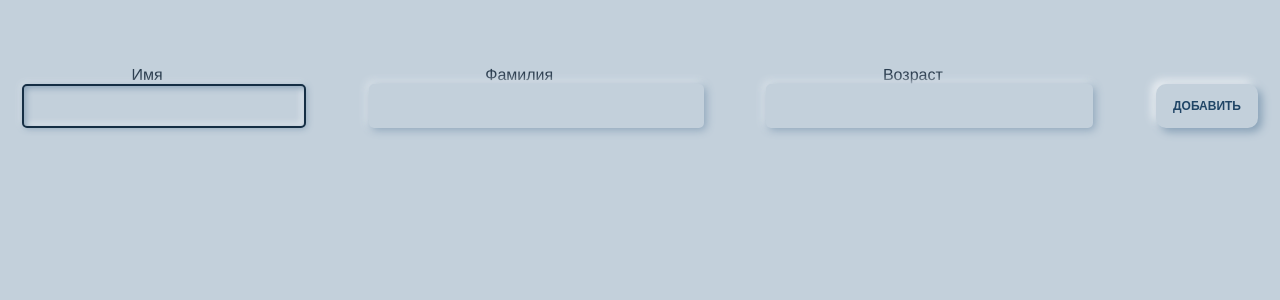
Repository: shum89/test-vue-table
Page: /
These files come from the project's save history. The page is drawn as it stood at one moment and after the next save; the edit follows.
The browser window is 1280 px wide. The pictures show the whole page.
The first visible `.form__input` has the focus.
The project was rebuilt for these pictures with package versions that can differ from the ones it lists, and the page was loaded fresh each time. Also part of the build but not shown: vue.config.js.

Above is the page before, as saved 2021-07-18 16:31:01.

### src/App.vue
<template>
  <Form @submit="addData" />
  <Table @remove="removeData" :list="list" />
</template>
<script>
import { uuid } from 'vue-uuid';
import { ref } from 'vue';
import Form from './components/Form.vue';
import Table from './components/Table.vue';

export default {
  components: { Form, Table },
  setup() {
    const list = ref([]);

    const normalizeString = (str) => {
      const result = str.charAt(0).toUpperCase() + str.slice(1).toLowerCase();
      return result;
    };

    const addData = (person) => {
      list.value.push({
        firstName: normalizeString(person.firstName),
        lastName: normalizeString(person.lastName),
        age: person.age,
        id: uuid.v1(),
      });
    };

    const removeData = (id) => {
      list.value = list.value.filter((i) => i.id !== id);
    };

    return {
      list,
      addData,
      removeData,
    };
  },
};
</script>
<script></script>

<style>
body {
  --base: #090e10;
  --base1: #ebeff3;
  --base2: #c3d0db;
  --base3: #88a1b7;
  --baseDark1: #396387;
  --baseDark2: #204566;
  --baseDark3: #152e44;
  --base-shadow: inset 0px 0px 0px var(--base3), inset 0px 0px 0px var(--base1),
    4px 4px 9px var(--base3), -4px -4px 9px var(--base1);
  --base-shadow-active: inset 4px 4px 9px var(--base3), inset -4px -4px 6px var(--base1),
    2px 2px 9px var(--base3), -2px -2px 9px var(--base1);
  --input-shadow: 2px 2px 9px var(--base3), -2px -2px 9px var(--base1);
  --input-shadow-active: inset 2px 2px 6px var(--base3), inset -2px -2px 6px var(--base1),
    1px 1px 6px var(--base3), -1px -1px 6px var(--base1);
  --shadow-transition: all 0.25s cubic-bezier(0.17, 0.67, 0.83, 0.67);
  background: var(--base2);
}
fieldset {
  border: none;
}
#app {
  font-family: Avenir, Helvetica, Arial, sans-serif;
  -webkit-font-smoothing: antialiased;
  -moz-osx-font-smoothing: grayscale;
  text-align: center;
  color: #2c3e50;
  margin-top: 60px;
  box-sizing: border-box;
}
.table__row-group {
  display: flex;
  align-items: center;
  flex-direction: column;
}
.table__row {
  display: grid;
  gap: 5px;
  grid-template-columns: repeat(3, 1fr);
  justify-content: center;
  max-width: 500px;
  width: 100%;
}
</style>

### src/components/Form.vue
<template>
  <form class="form" @submit.prevent="onSubmit">
    <fieldset class="form__fieldset">
      <label class="form__label" for="firstName">
        <span class="form__label-text">Имя</span>
        <input class="form__input" v-model="person.firstName" type="text" id="firstName" />
      </label>

      <label for="lastName">
        <span>Фамилия</span>
        <input class="form__input" v-model="person.lastName" type="text" id="lastName" />
      </label>

      <label for="age">
        <span>Возраст</span>
        <input class="form__input" v-model="person.age" type="number" id="age" />
      </label>

      <button class="form__submit" type="submit">Добавить</button>
    </fieldset>
  </form>
</template>

<script>
import { reactive } from 'vue';

export default {
  setup(_, { emit }) {
    const person = reactive({
      firstName: '',
      lastName: '',
      age: '',
    });
    const onSubmit = () => {
      emit('submit', person);
    };

    return { onSubmit, person };
  },

  name: 'Form',
  inheritAttrs: false,
};
</script>

<style scoped>
.form {
  display: flex;
  width: 100%;
}
.form__label {
  display: flex;
  flex-direction: column;
  box-sizing: border-box;
  flex: 1;
  max-width: 250px;
}
.form__input {
  border: none;
  appearance: none;
  width: 100%;
  border-radius: 10px;
  font-size: 15px;
  line-height: 20px;
  min-height: 20px;
  padding: 10px 15px;
  background: var(--base2);
  box-shadow: var(--input-shadow);
  border-radius: 5px;
  border: 2px solid;
  border-color: var(--base2);
  transition: var(--shadow-transition);
}
.form__input:focus-within {
  transition: var(--shadow-transition);
  box-shadow: var(--input-shadow-active);
  border-color: var(--baseDark3);
  outline: 0;
}
.form__fieldset {
  display: flex;
  justify-content: space-between;
  align-items: flex-end;
  flex: 1;
}
.form__submit {
  border-radius: 10px;
  padding: 10px 15px;
  max-width: 250px;
  font-size: 12px;
  line-height: 20px;
  font-weight: 900;
  text-transform: uppercase;
  transition: var(--shadow-transition);
  width: fit-content;
  color: var(--baseDark2);
  background: var(--base2);
  border: 2px solid var(--base2);
  box-shadow: var(--base-shadow);
}
.form__submit:active {
  outline: none;
  box-shadow: var(--base-shadow-active);
  color: var(--baseDark2);
  border-color: var(--base3);
}
</style>

### src/components/Table.vue
<template>
  <div v-if="list.length > 0" class="table" role="grid" aria-colcount="3">
    <div class="table__row-group" role="rowgroup">
      <div class="table__row" role="row">
        <span role="columnheader" aria-colindex="1">First Name</span>
        <span role="columnheader" aria-colindex="2">Last Name</span>
        <span role="columnheader" aria-colindex="3">Age</span>
      </div>
    </div>
    <div class="table__row-group" role="rowgroup">
      <div class="table__row" v-for="listItems in list" :key="listItems.id" role="row">
        <div aria-colindex="1" role="gridcell">
          <span> {{ listItems.firstName }}</span>
        </div>
        <div aria-colindex="2" role="gridcell">
          <span> {{ listItems.lastName }}</span>
        </div>
        <div aria-colindex="3" role="gridcell">
          <span>{{ listItems.age }}</span>
        </div>
        <button @click="removeData(listItems.id)">X</button>
      </div>
    </div>
  </div>
</template>

<script>
export default {
  props: {
    list: Array,
  },
  setup(_, { emit }) {
    const removeData = (id) => {
      emit('remove', id);
    };
    return { removeData };
  },
  name: 'Table',
};
</script>

<style></style>

Loaded but not shown: public/index.html (common file); src/main.js (common file)

After the next save:
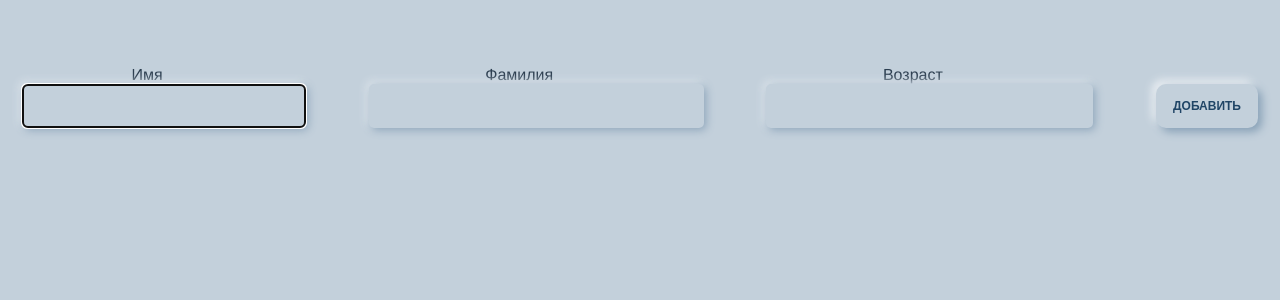
Saved 63 s later.
--- a/src/components/Form.vue
+++ b/src/components/Form.vue
@@ -71,7 +71,7 @@
   border-color: var(--base2);
   transition: var(--shadow-transition);
 }
-.form__input:focus-within {
+.form__input:focus-within:active {
   transition: var(--shadow-transition);
   box-shadow: var(--input-shadow-active);
   border-color: var(--baseDark3);

After the 2 saves that followed:
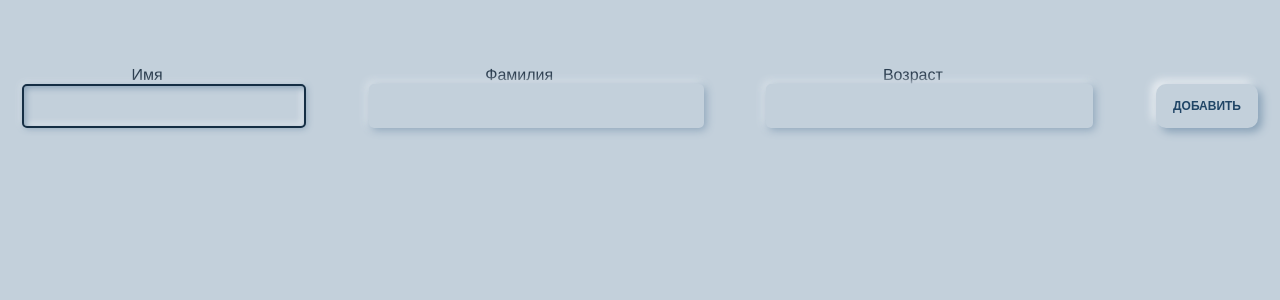
The 2 saves are shown as one change because 1 left the picture as it was.
The last was saved 3 min 34 s later.
--- a/src/components/Form.vue
+++ b/src/components/Form.vue
@@ -71,7 +71,7 @@
   border-color: var(--base2);
   transition: var(--shadow-transition);
 }
-.form__input:focus-within:active {
+.form__input:focus-within {
   transition: var(--shadow-transition);
   box-shadow: var(--input-shadow-active);
   border-color: var(--baseDark3);
